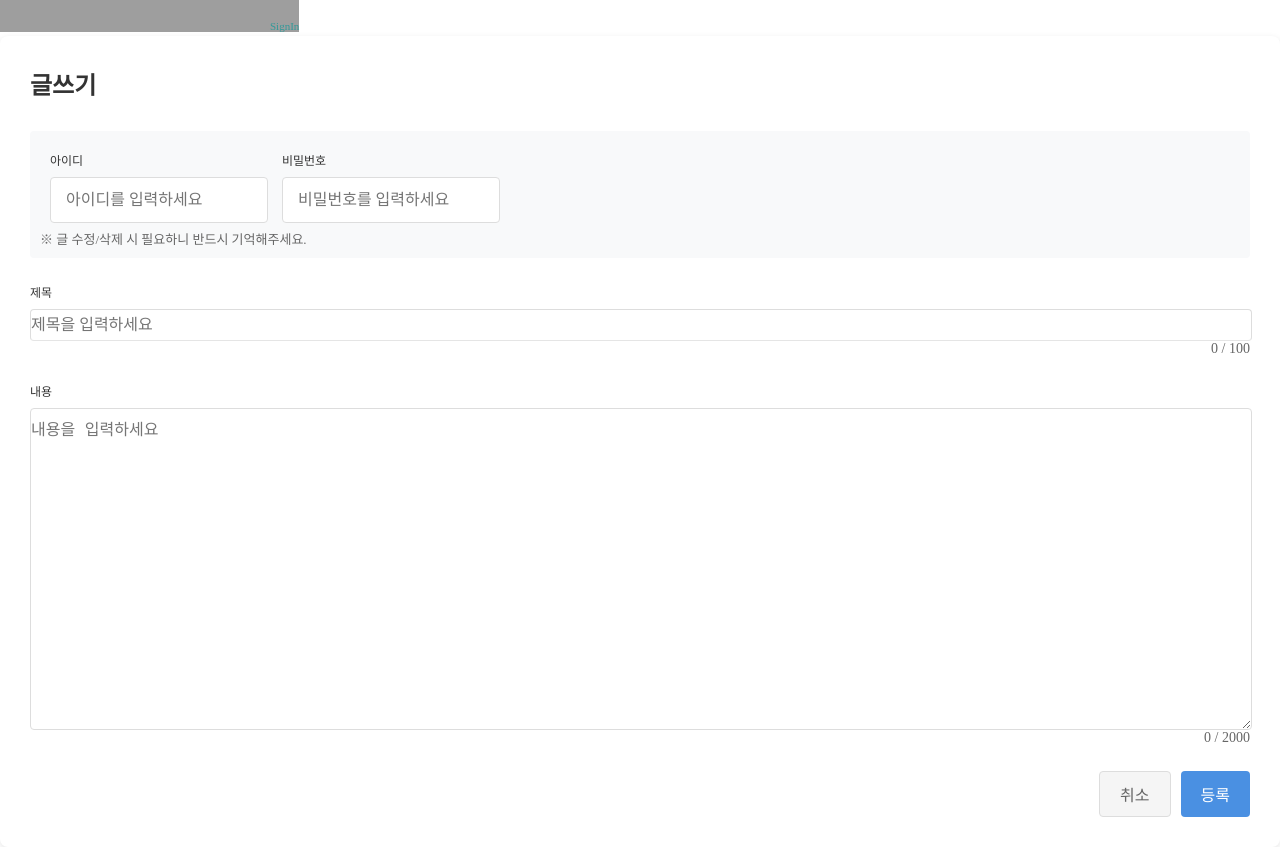
Repository: toris-dev/notice-board
Page: http://localhost/notice-board/WEB-INF/jsp/egovframework/example/board/write.jsp
The author's editor kept a copy of each file at every save. The page is drawn from the files as they stood at one save, then again after the next save.
The browser window is 1280 px wide. The pictures show the whole page.
Pictures or frames that could not be fetched are drawn as grey boxes. The page is served by Tomcat 9. Nobody is signed in. Other server files are loaded and not shown. The template is opened directly, without the code that normally fills it, so the values that code supplies are empty.

Above is the page before, as saved 2024-12-24 04:40:23.

### notice-board/src/main/webapp/WEB-INF/jsp/egovframework/example/board/write.jsp
<%@ page language="java" contentType="text/html; charset=UTF-8"
	pageEncoding="UTF-8"%>
<%@ taglib uri="http://java.sun.com/jsp/jstl/core" prefix="c"%>
<%@ taglib prefix="form" uri="http://www.springframework.org/tags/form"%>
<!DOCTYPE html>
<html>
<head>
<meta charset="UTF-8">
<title>글쓰기</title>
<link type="text/css" rel="stylesheet"
	href="<c:url value='/css/egovframework/post/write.css'/>" />
<link type="text/css" rel="stylesheet"
	href="<c:url value='/css/egovframework/index.css'/>" />
<script src="https://code.jquery.com/jquery-3.6.0.min.js"></script>
</head>
<body>
	<div class="container">
		<%@ include file="/WEB-INF/jsp/egovframework/example/cmmn/Header.jsp"%>
		<form:form class="write-form" action="/write.do" method="POST">
			<div class="form-header">
				<h2>글쓰기</h2>
			</div>

			<c:if test="${not empty message}">
				<div class="error-message">${message}</div>
			</c:if>

			<!-- 작성자 정보 섹션 -->
			<div class="author-section">
				<div class="form-group">
					<label for="userId">아이디</label> <input type="text"
						name="userVO.userId" id="userId" class="form-user-input"
						placeholder="아이디를 입력하세요" required maxlength="20" />
				</div>
				<div class="form-group">
					<label for="password">비밀번호</label> <input type="password"
						name="userVO.password" id="password" class="form-user-input"
						placeholder="비밀번호를 입력하세요" required maxlength="20" />
				</div>
				<span class="help-text">※ 글 수정/삭제 시 필요하니 반드시 기억해주세요.</span>
			</div>

			<!-- 게시글 내용 섹션 -->
			<div class="form-group">
				<label for="title">제목</label> <input type="text" name="postVO.title"
					id="title" class="form-input" placeholder="제목을 입력하세요" required
					maxlength="100" /> <span class="char-count" id="titleCount">0
					/ 100</span>
			</div>

			<div class="form-group">
				<label for="content">내용</label>
				<textarea name="postVO.content" id="content" class="form-textarea"
					placeholder="내용을 입력하세요" required maxlength="2000"></textarea>
				<span class="char-count" id="contentCount">0 / 2000</span>
			</div>

			<div class="form-footer">
				<button type="button" class="btn btn-cancel"
					onclick="confirmCancel()">취소</button>
				<button type="submit" class="btn btn-submit">등록</button>
			</div>
		</form:form>
	</div>

	<script>
		$(document).ready(function() {
			// 제목 글자수 카운트
			$('#title').on('input', function() {
				var length = $(this).val().length;
				$('#titleCount').text(length + ' / 100');
			});

			// 내용 글자수 카운트
			$('#content').on('input', function() {
				var length = $(this).val().length;
				$('#contentCount').text(length + ' / 2000');
			});

			// 페이지 이탈 시 경고
			var formChanged = false;
			$('.form-input, .form-textarea').on('input', function() {
				formChanged = true;
			});

			$(window).on('beforeunload', function(e) {
				if (formChanged) {
					return '작성 중인 내용이 있습니다. 페이지를 나가시겠습니까?';
				}
			});
		});

		// 폼 유효성 검사
		function validateForm() {
			var authorId = $('#authorId').val().trim();
			var password = $('#password').val().trim();
			var title = $('#title').val().trim();
			var content = $('#content').val().trim();
			var isValid = true;

			// ID 검사
			if (authorId.length < 3) {
				alert('아이디는 3자 이상 입력해주세요.');
				$('#authorId').focus();
				return false;
			}

			// 비밀번호 검사
			if (password.length < 4) {
				alert('비밀번호는 4자 이상 입력해주세요.');
				$('#password').focus();
				return false;
			}

			if (title.length < 1) {
				alert('제목을 입력해주세요.');
				$('#title').focus();
				isValid = false;
			} else if (title.length > 100) {
				alert('제목은 100자를 초과할 수 없습니다.');
				$('#title').focus();
				isValid = false;
			}

			if (content.length < 1) {
				alert('내용을 입력해주세요.');
				$('#content').focus();
				isValid = false;
			} else if (content.length > 2000) {
				alert('내용은 2000자를 초과할 수 없습니다.');
				$('#content').focus();
				isValid = false;
			}

			if (isValid) {
				formChanged = false;
			}

			return isValid;
		}

		// 취소 버튼 클릭 시 확인
		function confirmCancel() {
			if (formChanged) {
				if (confirm('작성 중인 내용이 있습니다. 페이지를 나가시겠습니까?')) {
					history.back();
				}
			} else {
				history.back();
			}
		}
	</script>
</body>
</html>

### notice-board/src/main/webapp/WEB-INF/jsp/egovframework/example/cmmn/Header.jsp
<%@ taglib prefix="sec"
	uri="http://www.springframework.org/security/tags"%>
<!DOCTYPE html PUBLIC "-//W3C//DTD HTML 4.01 Transitional//EN" "http://www.w3.org/TR/html4/loose.dtd">
<html>
<head>
<meta http-equiv="Content-Type" content="text/html; charset=UTF-8">
<title>Insert title here</title>
</head>
<body>
	<div class="header-wrap">
		<h2>notice-board</h2>
		<div class="auth-actions">
			<!-- 로그아웃 버튼 (로그인 상태일 때만 표시) -->
			<sec:authorize access="isAuthenticated()">
				<form action="<c:url value='/signout.do'/>" method="post">
					<button class="auth-btn logout">SignUp</button>
				</form>
			</sec:authorize>

			<!-- 로그인 버튼 (로그인되지 않은 상태일 때만 표시) -->
			<sec:authorize access="!isAuthenticated()">
				<a href="<c:url value='/signin.do'/>" class="auth-btn login">SignIn</a>
			</sec:authorize>
		</div>
	</div>
</body>
</html>

### notice-board/src/main/webapp/css/egovframework/post/write.css
@charset "UTF-8";

/* 폼 스타일 */
.write-form {
	background-color: white;
	border-radius: 8px;
	padding: 30px;
	box-shadow: 0 2px 6px rgba(0, 0, 0, 0.1);
}

.form-header {
	margin-bottom: 30px;
}

.form-header h2 {
	color: #333;
	font-size: 24px;
	margin: 0;
}

/* 입력 필드 그룹 */
.form-group {
	margin-bottom: 20px;
}

/* 제목 입력 필드 */
.form-input {
	width: 50%; padding : 12px 15px;
	border: 1px solid #ddd;
	border-radius: 4px;
	font-size: 16px;
	transition: border-color 0.3s;
	padding: 12px 15px;
}

.form-input:focus {
	border-color: #4a90e2;
	outline: none;
}

.form-user-input {
	width: 80%;
	padding: 12px 15px;
	border: 1px solid #ddd;
	border-radius: 4px;
	font-size: 16px;
	transition: border-color 0.3s;
}

/* 내용 입력 영역 */
.form-textarea {
	width: 100%;
	min-height: 300px;
	padding: 15px;
	border: 1px solid #ddd;
	border-radius: 4px;
	font-size: 16px;
	line-height: 1.6;
	resize: vertical;
	transition: border-color 0.3s;
}

.form-textarea:focus {
	border-color: #4a90e2;
	outline: none;
}

/* 버튼 푸터 */
.form-footer {
	display: flex;
	justify-content: flex-end;
	gap: 10px;
	margin-top: 20px;
}

/* 버튼 스타일 */
.btn {
	padding: 10px 20px;
	border-radius: 4px;
	font-size: 16px;
	cursor: pointer;
	transition: background-color 0.3s;
}

.btn-cancel {
	background-color: #f5f5f5;
	border: 1px solid #ddd;
	color: #666;
}

.btn-cancel:hover {
	background-color: #eee;
}

.btn-submit {
	background-color: #4a90e2;
	border: none;
	color: white;
}

.btn-submit:hover {
	background-color: #357abd;
}

/* 반응형 디자인 */
@media ( max-width : 768px) {
	.container {
		margin: 20px auto;
		padding: 0 15px;
	}
	.write-form {
		padding: 20px;
	}
	.form-textarea {
		min-height: 200px;
	}
}

.error-message {
	background-color: #fff3f3;
	color: #dc3545;
	padding: 10px;
	border-radius: 4px;
	margin-bottom: 20px;
	border: 1px solid #ffccd1;
}

.char-count {
	display: block;
	text-align: right;
	font-size: 14px;
	color: #666;
	margin-top: 5px;
}

.form-group {
	position: relative;
	margin-bottom: 25px;
}

.error-text {
	color: #dc3545;
	font-size: 14px;
	margin-top: 5px;
	display: block;
}

/* 작성자 정보 섹션 스타일 */
.author-section {
	background-color: #f8f9fa;
	padding: 20px;
	border-radius: 4px;
	margin-bottom: 25px;
	display: flex;
	justify-content: flex-start;
	align-items: center;
	position: relative;
}

/* 라벨 스타일 */
label {
	display: block;
	margin-bottom: 8px;
	font-weight: 500;
	color: #333;
}

/* 도움말 텍스트 스타일 */
.help-text {
	display: block;
	position: absolute;
	bottom: 10px;
	left: 10px;
	font-size: 13px;
	color: #666;
}

/* 입력 필드 간격 조정 */
.author-section .form-group {
	margin-bottom: 15px;
}

.author-section .form-group:last-child {
	margin-bottom: 0;
}

/* 비밀번호 입력 필드 스타일 */
input[type="password"].form-input {
	font-family: sans-serif;
	letter-spacing: 0.1em;
}

### notice-board/src/main/webapp/css/egovframework/index.css
/********************************************************************************/
/*								                                                */
/*  Design RIAN     			                                                */
/*  Date : 2007-03-21		                                                  	*/
/*      				         			                                    */
/*									                                            */
/********************************************************************************/
* {
	margin: 0;
	padding: 0;
}

* html {
	height: 1px;
}

body {
	margin: 0;
	padding: 0;
	font-family: "굴림";
	font-size: 12px;
	color: #666;
	scroll: auto;
}

table, tr, td, th {
	font-family: "돋움";
	font-size: 11px;
	color: #333333;
}

.listtd {
	padding: 10px 5px 8px 5px;
	border-bottom: 1px solid #e5e5e5;
}

th {
	background-color: #F3F5E0;
	background: url(../../images/egovframework/example/th_bg.gif) 0 0 repeat;
	height: 26px;
	text-align: center;
	vertical-align: middle;
	color: #003366;
}

img {
	border: 0;
	vertical-align: middle;
}

p {
	height: 20px;
	margin: 0;
	padding: 5 0 0 0;
}

.check ul {
	margin: 0;
	padding: 0;
	float: left;
}

.check li {
	list-style-type: none;
	float: left;
	margin: 0 0 0 0;
	padding: 0 0 0 3px;
}

.top {
	vertical-align: top;
}

a:link {
	font-size: 11px;
	font-family: "돋움";
	color: #3A5870;
	text-decoration: none;
	line-height: 100%;
}

a:visited {
	font-size: 11px;
	font-family: "돋움";
	color: #3A5870;
	text-decoration: none
}

a:active {
	font-size: 11px;
	font-family: "돋움";
	color: #339999;
	text-decoration: none;
}

a:hover {
	font-size: 11px;
	font-family: "돋움";
	color: #339999;
	text-decoration: none;
}

.login {
	position: relative;
	margin: 0;
	padding: 0 0 0 0px;
	text-align: left;
	vertical-align: top;
	padding: 52px 0px 0px 270px; /*overflow:hidden;*/
	width: 330px;
	height: 260px;
	background: url(../../images/egovframework/example/login_bg.jpg) 0 0
		no-repeat;
}

.login_en {
	position: relative;
	margin: 0;
	padding: 0 0 0 0px;
	text-align: left;
	vertical-align: top;
	padding: 52px 0px 0px 270px; /*overflow:hidden;*/
	width: 330px;
	height: 260px;
	background: url(../../images/egovframework/example/login_bg_en.jpg) 0 0
		no-repeat;
}

.error {
	position: relative;
	margin: 0;
	padding: 0 0 0 0px;
	text-align: left;
	vertical-align: top;
	padding: 120px 0px 0px 80px; /*overflow:hidden;*/
	width: 520px;
	height: 260px;
	background: url(../../images/egovframework/example/error_bg.jpg) 0 0
		no-repeat;
}

.error_en {
	position: relative;
	margin: 0;
	padding: 0 0 0 0px;
	text-align: left;
	vertical-align: top;
	padding: 120px 0px 0px 80px; /*overflow:hidden;*/
	width: 520px;
	height: 260px;
	background: url(../../images/egovframework/example/error_bg_en.jpg) 0 0
		no-repeat;
}

#logo {
	margin: 0;
	padding: 0;
	text-align: left; /*overflow:hidden;*/
	width: 910px;
}

#header {
	height: 74px;
	background:
		url(../../images/egovframework/example/civilappeal_topmn_bg.jpg)
		repeat-x;
}

#top {
	width: 910px;
}

.menu {
	text-align: center;
	height: 38px;
	margin: 0;
	padding: 13px 0 0 0;
}

.menu ul {
	display: inline;
	width: 910px;
}

.menu li {
	display: inline;
	list-style-type: none;
	margin: 0;
	padding: 14px 28px 0 28px;
	background:
		url(../../images/egovframework/example/civilappeal_topmn_bar.jpg) 0
		15px no-repeat;
}

.menu li.last {
	width: 1px;
	padding: 15px 0 0 0;
	background:
		url(../../images/egovframework/example/civilappeal_topmn_bar.jpg) 0 0
		no-repeat;
}

.menu a.top:link {
	font-family: "굴림";
	font-weight: bold;
	color: #FFFFFF;
	text-decoration: none;
	font-size: 12px;
}

.menu a.top:visited {
	font-family: "굴림";
	font-weight: bold;
	color: #FFFFFF;
	text-decoration: none;
	font-size: 12px;
}

.menu a.top:hover {
	font-family: "굴림";
	font-weight: bold;
	color: #00CCFF;
	text-decoration: none;
	font-size: 12px;
}

.menu a.top:active {
	font-family: "굴림";
	font-weight: bold;
	color: #FFFFFF;
	text-decoration: none;
	font-size: 12px;
}

.menu .on a.top:link {
	font-family: "굴림";
	font-weight: bold;
	color: #00CCFF;
	text-decoration: none;
	font-size: 12px;
}

.menu .on a.top:visited {
	font-family: "굴림";
	font-weight: bold;
	color: #00CCFF;
	text-decoration: none;
	font-size: 12px;
}

.menu .on a.top:hover {
	font-family: "굴림";
	font-weight: bold;
	color: #00CCFF;
	text-decoration: none;
	font-size: 12px;
}

.menu .on a.top:active {
	font-family: "굴림";
	font-weight: bold;
	color: #00CCFF;
	text-decoration: none;
	font-size: 12px;
}

.right_area {
	float: right;
	height: 38px;
	margin: 0;
	padding: 0 8px 0 0;
	background:
		url(../../images/egovframework/example/civilappeal_topmn_bg11.jpg)
		right no-repeat;
}

#sub {
	float: left;
	padding: 10px 10px 10px 10px; /*overflow:hidden;*/
	width: 180px;
	margin-right: 30px;
}

#sub .login {
	width: 180px;
	height: 70px;
	text-align: left;
	vertical-align: top;
	padding: 5px 0 0 0;
	background:
		url(../../images/egovframework/example/civilappeal_login_bg.jpg) right
		no-repeat;
	margin-bottom: 10px;
}

#sub .login_en {
	width: 180px;
	height: 70px;
	text-align: left;
	vertical-align: top;
	padding: 5px 0 0 0;
	background:
		url(../../images/egovframework/example/civilappeal_login_bg_en.jpg)
		right no-repeat;
	margin-bottom: 10px;
}

#sub .sub_menu {
	width: 150px;
	height: 300px;
	text-align: left;
	vertical-align: top;
	background:
		url(../../images/egovframework/example/civilappeal_leftmenu_bg.jpg) 0
		0 no-repeat;
	padding-top: 40px;
	padding-left: 15px;
	padding-right: 15px;
	padding-bottom: 0px;
}

#sub .sub_menu dl {
	width: 150px;
}

#sub .sub_menu dd {
	font-weight: bold;
	padding-left: 0px;
	padding-right: 0px;
	padding-bottom: 0px;
	padding-top: 10px;
	margin: 0;
}

#sub .sub_menu dt {
	list-style: none;
	padding-left: 0px;
	padding-right: 0px;
	padding-bottom: 0px;
	padding-top: 8px;
	margin: 0px;
}

#sub .sub_menu_en {
	width: 150px;
	height: 300px;
	text-align: left;
	vertical-align: top;
	background:
		url(../../images/egovframework/example/civilappeal_leftmenu_bg_en.jpg)
		0 0 no-repeat;
	padding-top: 40px;
	padding-left: 15px;
	padding-right: 15px;
	padding-bottom: 0px;
}

#sub .sub_menu_en dl {
	width: 150px;
}

#sub .sub_menu_en dd {
	font-weight: bold;
	padding-left: 0px;
	padding-right: 0px;
	padding-bottom: 0px;
	padding-top: 10px;
	margin: 0;
}

#sub .sub_menu_en dt {
	list-style: none;
	padding-left: 0px;
	padding-right: 0px;
	padding-bottom: 0px;
	padding-top: 8px;
	margin: 0px;
}

#content {
	float: left;
	text-align: left; /*overflow:hidden;*/
	width: 100%;
	background-color: #FFFFFF;
	padding: 10px 0px 10px 0px;
}

#content_pop {
	float: left;
	text-align: left;
	background-color: #FFFFFF;
	padding: 30px;
}

#title {
	float: left;
	text-align: left;
	margin: 0 0 10 0;
	padding: 0;
	height: 30px;
	border-bottom: 1px solid #e5e5e5;
	width: 100%;
}

#title ul {
	float: left;
	margin: 0;
	padding: 0;
}

#title li {
	list-style-type: none;
	width: 200px;
	padding: 3px 0px 2px 0px;
	float: left;
	font-family: "돋움";
	font-size: 16px;
	font-weight: bold;
	color: #000000;
}

#title .location {
	float: right;
	height: 20px;
	margin: 0;
	padding: 5 0 0 0;
	font-family: "돋움";
	font-size: 11px;
}

#foot {
	margin: 0;
	padding: 0 0 0 0;
	text-align: left; /*overflow:hidden;*/
	height: 40px;
	clear: both;
	background-color: #F7F7F7;
	border-top: 1px solid #e5e5e5;
	font-family: Tahoma;
	font-size: 11px;
	color: #999999;
}

#search {
	float: right;
	margin: 0;
	padding: 10px 0 10px 0;
	width: 100%;
}

#search ul {
	margin: 0;
	float: right;
}

#search li {
	list-style-type: none;
	float: left;
	margin: 0 0 0 0;
	padding: 0 0 0 3px;
}

#table {
	float: left;
	margin: 0 0 10px 0;
	padding: 0 0 0 0;
	width: 100%;
}

#paging {
	padding: 0 0 0 0;
	text-align: center;
	width: 100%;
}

#paging ul {
	display: inline;
}

#paging li {
	display: inline;
	list-style-type: none;
	padding: 0 10px 0 10px;
	font-family: Tahoma;
	font-size: 11px;
	color: #333333;
}

#paging li.pre10 {
	padding: 0 2px 0 2px;
}

#paging li.pre1 {
	padding: 0 2px 0 2px;
}

#paging li.next10 {
	padding: 0 2px 0 2px;
}

#paging li.next1 {
	padding: 0 2px 0 2px;
}

#paging li.line {
	background: url(../../images/egovframework/example/paging_line.gif) 0
		2px no-repeat;
}

#paging li.first {
	padding: 0 5px 0 0;
}

#paging li.last {
	background: url(../../images/egovframework/example/paging_line.gif) 0
		2px no-repeat;
	padding: 0 5px 0 0;
}

#sysbtn {
	float: right;
	text-align: right;
	padding: 0;
	margin: 0;
	display: inline;
}

#sysbtn ul {
	margin: 0;
	padding: 0;
	float: left;
	display: inline;
}

#sysbtn li {
	list-style-type: none;
	margin: 0 auto;
	padding: 0 0 0 3px;
	float: left;
	display: inline;
}

#sysbtn1 {
	text-align: left;
	padding-top: 10px;
	padding-bottom: 0px;
	margin-bottom: 0px;
	width: 100%;
}

#sysbtn1 ul {
	margin: 0;
	padding: 0;
	float: left;
	display: inline;
}

#sysbtn1 li {
	list-style-type: none;
	margin: 0 0 0 0;
	padding: 0 0 0 3px;
	float: left;
	display: inline;
}

#idwrap {
	float: left;
	padding-top: 0px;
	padding-bottom: 0px;
	margin-bottom: 0px;
	margin-left: 0px;
	margin-right: 0px;
	margin-top: 0px;
	padding-left: 0px;
	padding-right: 0px;
}

#idwrap ul {
	float: left;
	padding: 0;
	margin: 0;
}

#idwrap li {
	list-style-type: none;
	float: left;
	margin: 0;
	padding-right: 3px;
}

button {
	cursor: hand;
	border: 0px solid #FFFFFF;
	padding: 0px 0px 0px 0px;
	background-color: #FFFFFF;
	white-space: nowrap;
}

.btn_blue_l {
	float: left;
	background: url(../../images/egovframework/example/btn_bg_l.gif) 0 0
		no-repeat;
	height: 20px;
	padding: 0px 0px 0px 10px;
	margin: 0px 0px 0px 0px;
}

.btn_blue_r {
	float: left;
	background: url(../../images/egovframework/example/btn_bg_r.gif) 0 0
		no-repeat;
	background-position: right;
	height: 20px;
	font-family: "돋움";
	font-size: 11px;
	color: #000000;
	margin: 0px 0px 0px 0px;
	padding-top: 0px;
	_padding-top: 0px;
	padding-left: 10px;
	padding-right: 10px;
	padding-bottom: 0px;
	text-align: center;
}

input {
	height: 20px;
	font-family: "돋움";
	font-size: 12px;
	color: #000000;
	padding: 2px 2px 0px 2px;
	margin-top: 0px;
	_margin-top: -1px;
}

select {
	font-family: '돋움';
	font-size: 12px;
	margin-top: 0px;
	height: 20px;
	padding-top: 0px;
}

.tbtd_caption {
	font-weight: bold;
	color: #003366;
	background-color: #E5EDF3;
	text-align: right;
	padding: 10px 10px 9px 5px;
	margin: 0;
}

.tbtd_content {
	background-color: #F5F8FA;
	padding: 7px 10px 5px 10px;
	margin: 0;
}

.tbtd_caption_re {
	font-weight: bold;
	color: #666633;
	background-color: #F6F5E5;
	text-align: right;
	padding: 10px 10px 9px 5px;
	margin: 0;
}

.tbtd_content_re {
	background-color: #F9F9F2;
	padding: 7px 10px 5px 10px;
	margin: 0;
}

input.txt {
	height: 18px;
	background-color: #FFF;
	border: 1px solid #BCC8D8;
	padding-top: 2px;
	color: #5e5e5e;
	cursor: text;
}

input.essentiality {
	height: 18px;
	background-color: #ebebeb;
	border: 1px solid #BCC8D8;
	padding-top: 2px;
	color: #000;
	cursor: text;
}

After the next save:
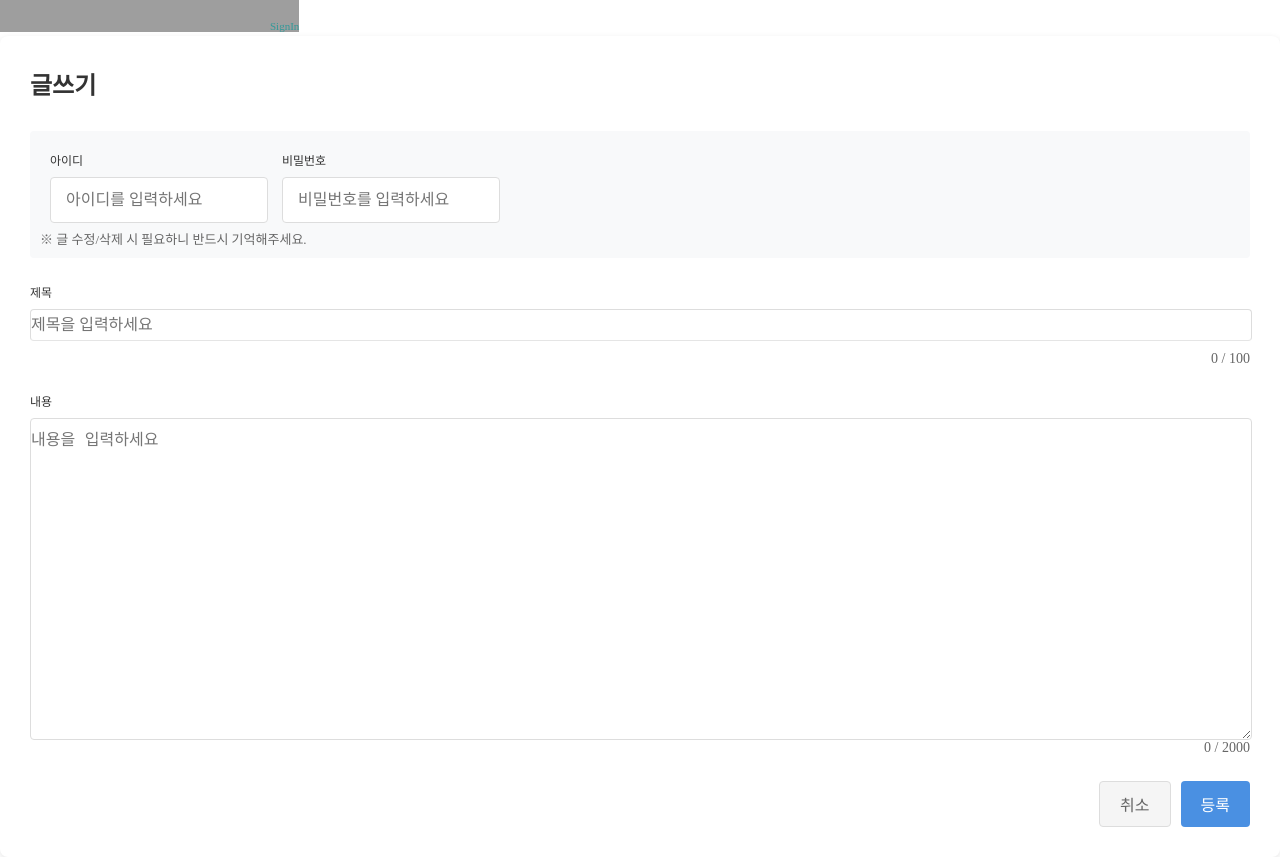
Saved 46 s later.
--- a/notice-board/src/main/webapp/css/egovframework/index.css
+++ b/notice-board/src/main/webapp/css/egovframework/index.css
@@ -395,7 +395,7 @@ a:hover {
 #title {
 	float: left;
 	text-align: left;
-	margin: 0 0 10 0;
+	margin: 0 0 10px 0px;
 	padding: 0;
 	height: 30px;
 	border-bottom: 1px solid #e5e5e5;
